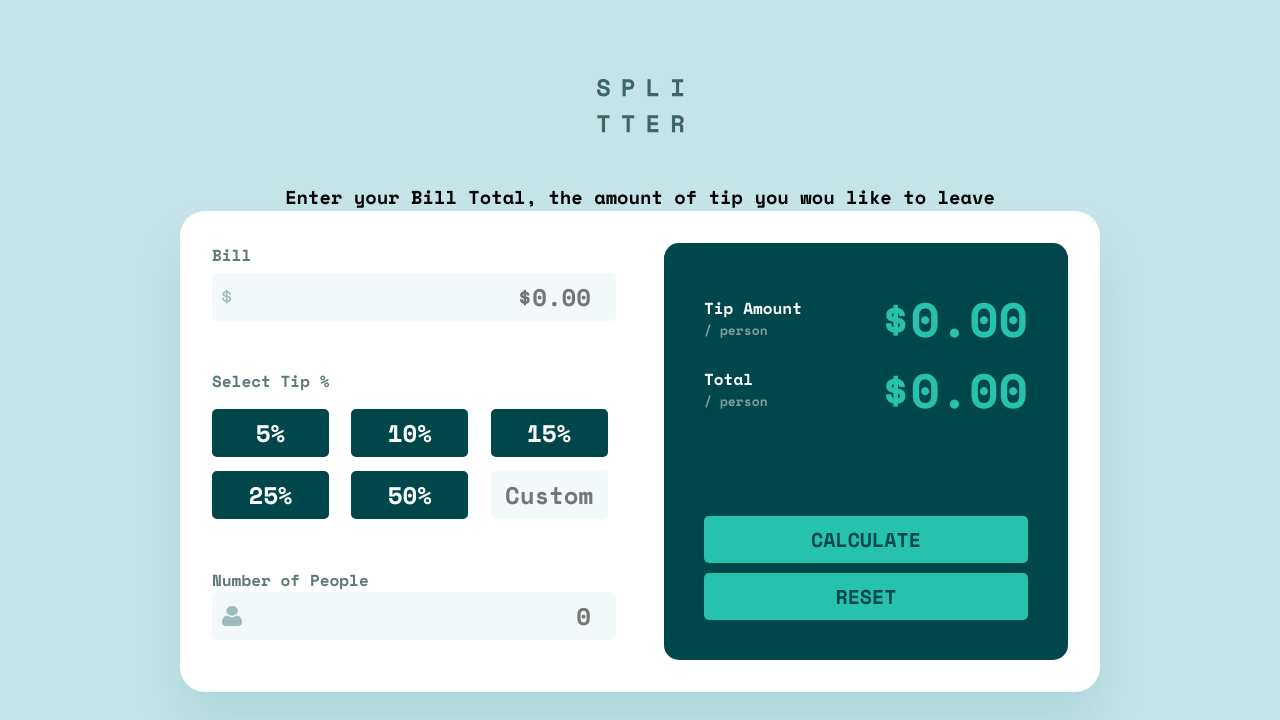
Repository: brandontaylor1/splitter
Page: index.html
An editor plug-in stored every save of this project. The page is shown before and after the next save, followed by the edit.
The browser window is 1280 px wide. The pictures show the whole page.

Above is the page before, as saved 2025-02-07 14:05:58.

After the next save:
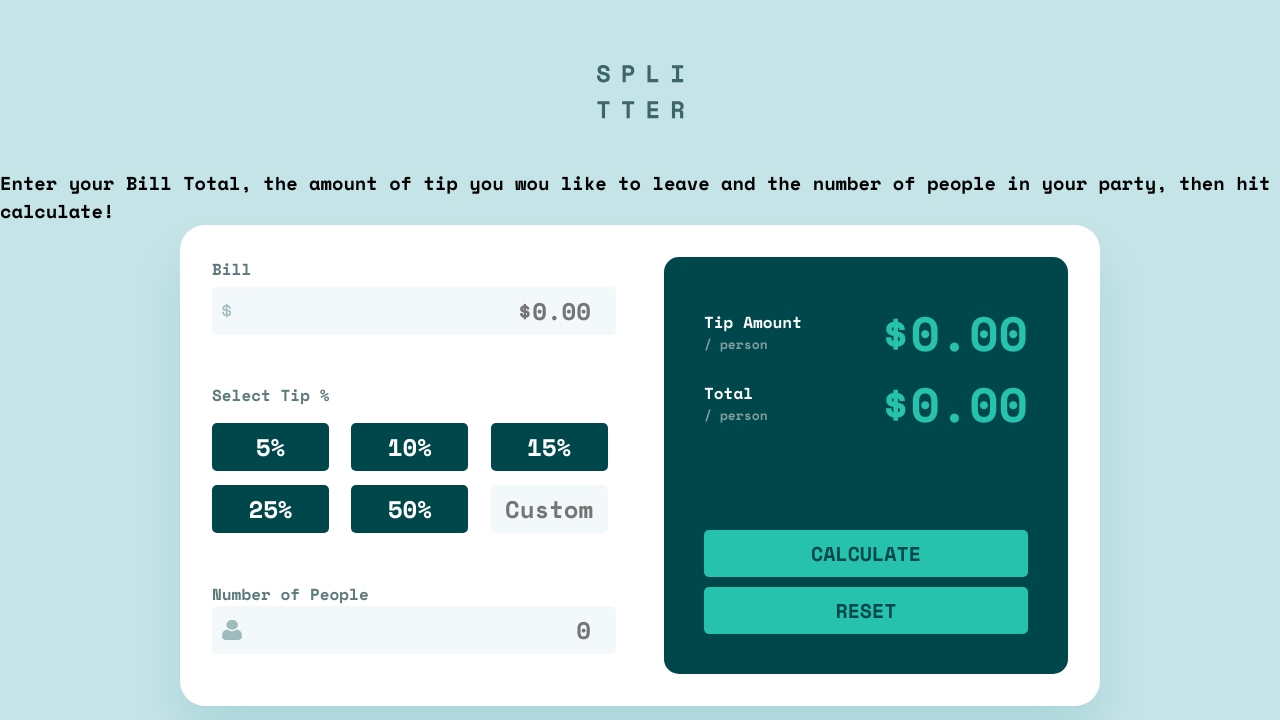
Saved 16 s later.
--- a/index.html
+++ b/index.html
@@ -12,7 +12,7 @@
 <body>
     <img src="./assets/images/logo.svg" id="logo-image" alt="logo image">
     <h1 class="error-message" id="form-error"></h1>
-    <h3>Enter your Bill Total, the amount of tip you wou like to leave </h3>
+    <h3>Enter your Bill Total, the amount of tip you wou like to leave and the number of people in your party, then hit calculate! </h3>
     <main class="container">
         <form>
             <div class="left-column">
